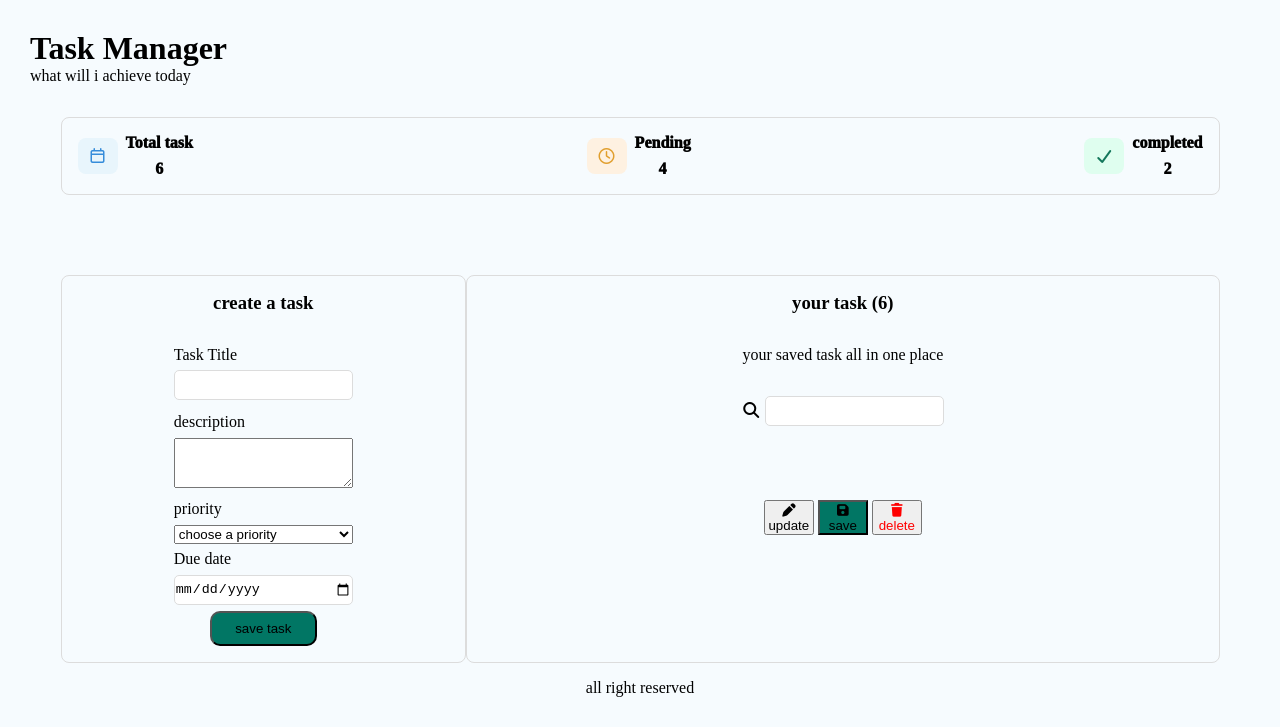
Repository: XDENTERTAINMENT/task-manager-groupwork
Page: index.html
An editor plug-in stored every save of this project. The page is shown before and after the next save, followed by the edit.
The browser window is 1280 px wide. The pictures show the whole page.

Above is the page before, as saved 2026-10-30 21:35:25.

After the next save:
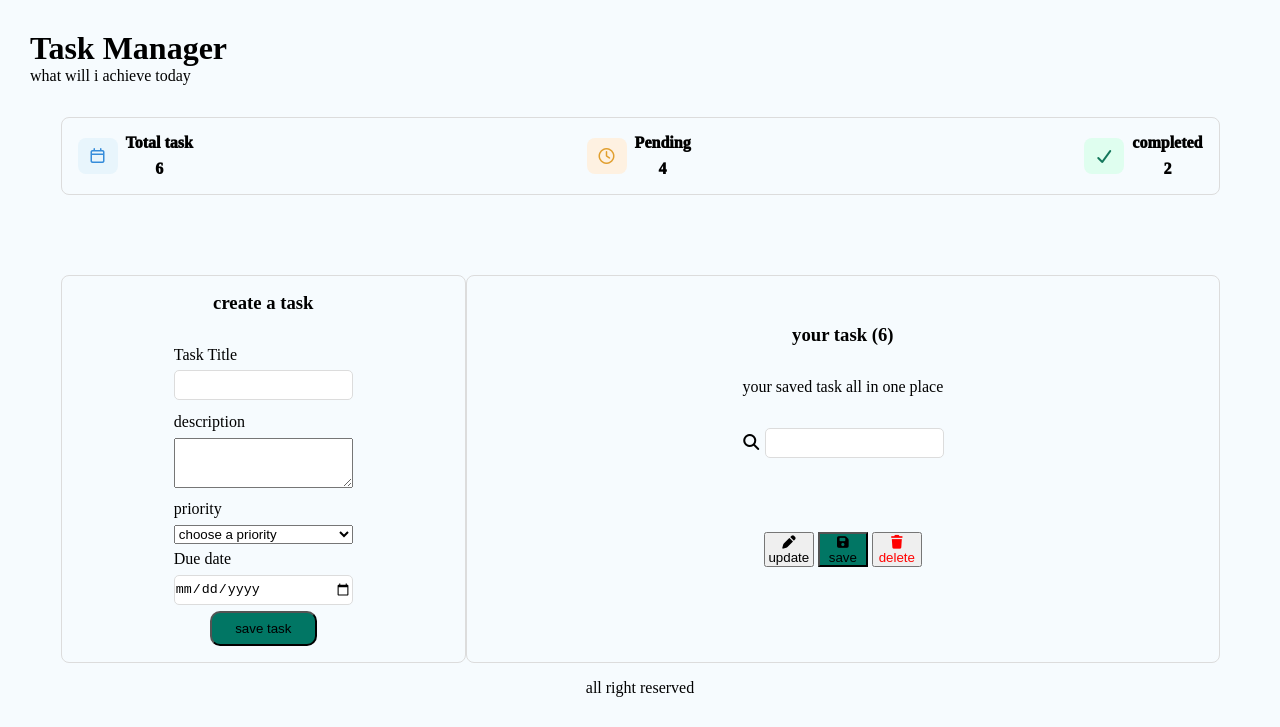
Saved 42 s later.
--- a/style.css
+++ b/style.css
@@ -89,7 +89,7 @@
   flex-direction: column;
   gap: 2rem;
   border: 1px solid gainsboro;
-  padding: 1rem;
+  padding: 3rem;
   border-radius: 8px;
   width: 65%;
 }

After the 2 saves that followed:
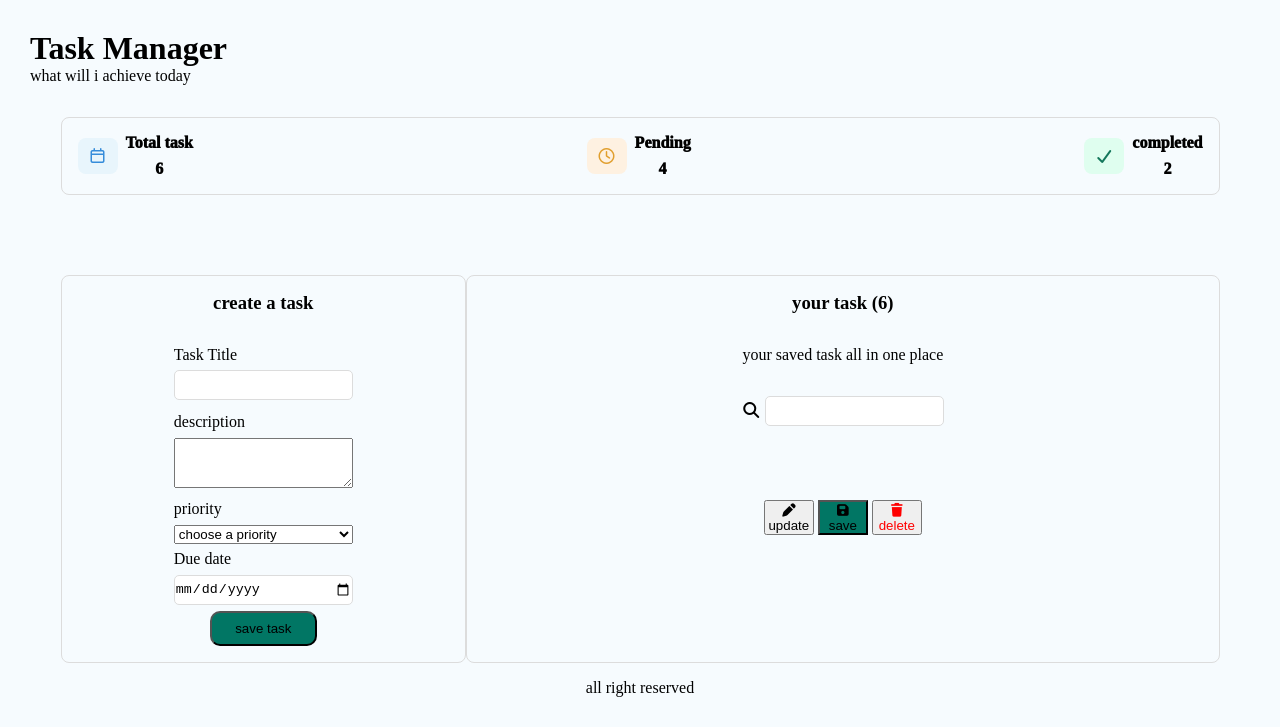
The 2 saves are shown as one change because they came seconds apart.
The last was saved 20 s later.
--- a/style.css
+++ b/style.css
@@ -89,7 +89,7 @@
   flex-direction: column;
   gap: 2rem;
   border: 1px solid gainsboro;
-  padding: 3rem;
+  padding: 1rem;
   border-radius: 8px;
   width: 65%;
 }
